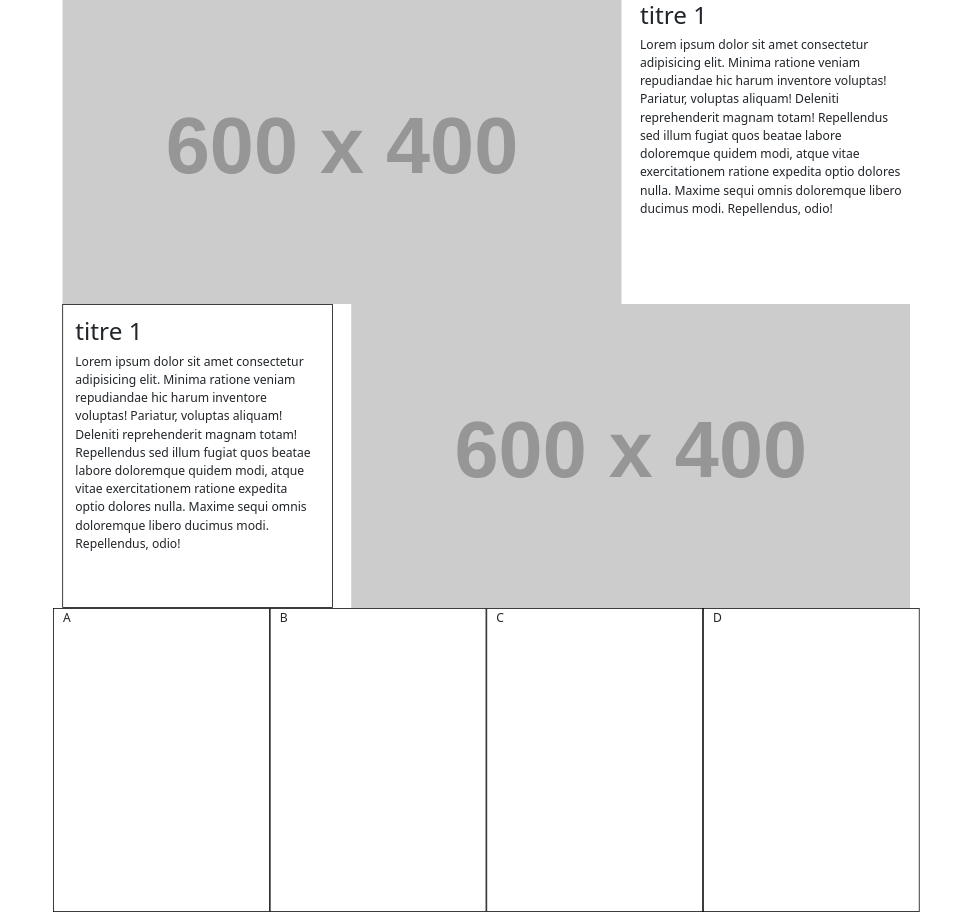
Repository: fbansept/ran3_24_jeu
Page: correction-tp.html
An editor plug-in stored every save of this project. The page is shown before and after a run of saves, followed by the edit.
The browser window is 1280 px wide. The pictures show the whole page, at 76% of full size.

Above is the page before, as saved 2024-10-22 14:45:58.

After the next 2 saves:
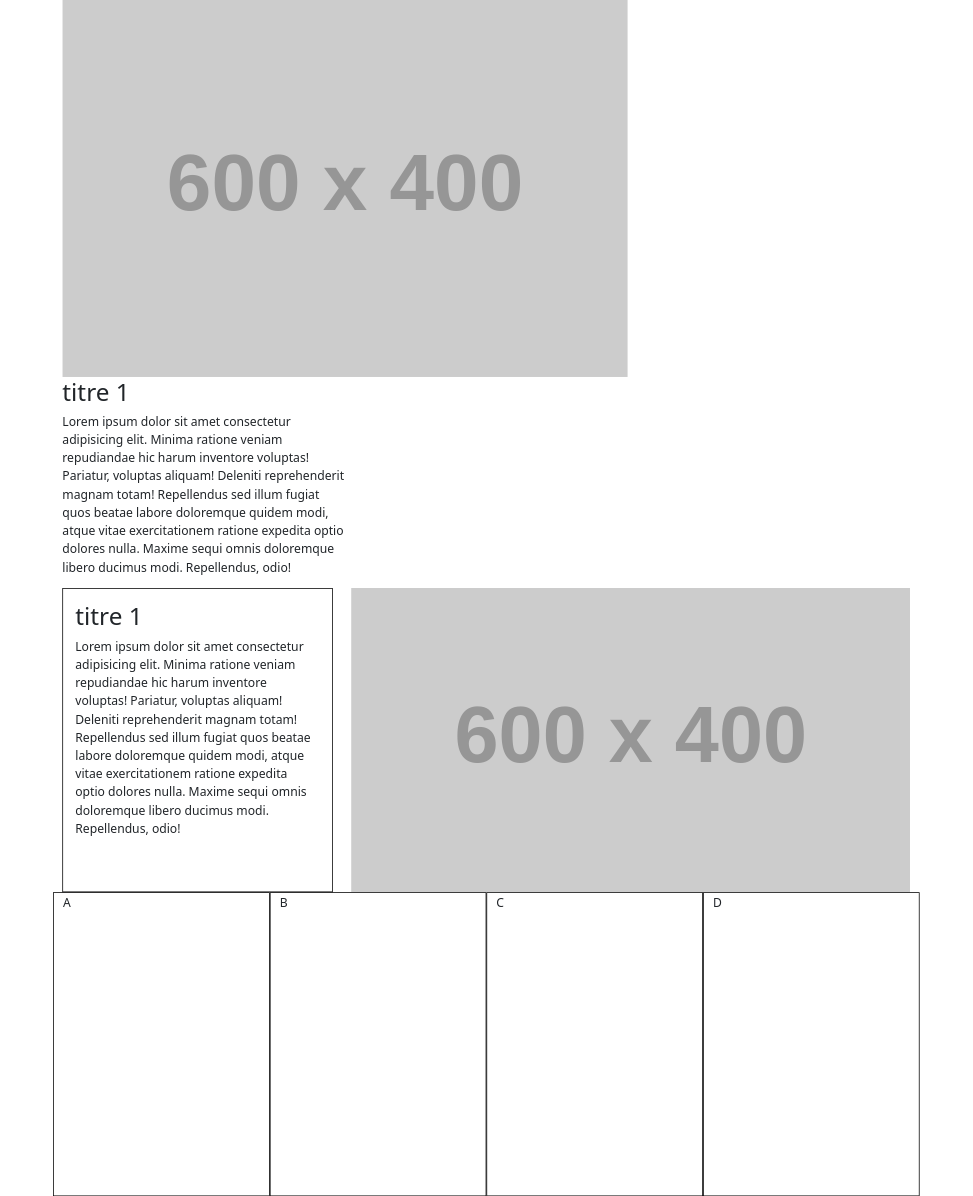
The 2 saves are shown as one change because they came seconds apart.
The last was saved 5 s later.
--- a/correction-tp.html
+++ b/correction-tp.html
@@ -24,24 +24,24 @@
   <body class="container">
     <section>
       <div class="row">
-
-        <img
-          class="col-md-6 col-lg-8"
-          src="https://placehold.co/600x400"
-          alt=""
-        />
-        <article class="col-md-6 col-lg-4">
-          <h2>titre 1</h2>
-          <p>
-            Lorem ipsum dolor sit amet consectetur adipisicing elit. Minima
-            ratione veniam repudiandae hic harum inventore voluptas! Pariatur,
-            voluptas aliquam! Deleniti reprehenderit magnam totam! Repellendus
-            sed illum fugiat quos beatae labore doloremque quidem modi, atque
-            vitae exercitationem ratione expedita optio dolores nulla. Maxime
-            sequi omnis doloremque libero ducimus modi. Repellendus, odio!
-          </p>
-        </article>
-          </div>
+        <div>
+          <img
+            class="col-md-6 col-lg-8"
+            src="https://placehold.co/600x400"
+            alt=""
+          />
+          <article class="col-md-6 col-lg-4">
+            <h2>titre 1</h2>
+            <p>
+              Lorem ipsum dolor sit amet consectetur adipisicing elit. Minima
+              ratione veniam repudiandae hic harum inventore voluptas! Pariatur,
+              voluptas aliquam! Deleniti reprehenderit magnam totam! Repellendus
+              sed illum fugiat quos beatae labore doloremque quidem modi, atque
+              vitae exercitationem ratione expedita optio dolores nulla. Maxime
+              sequi omnis doloremque libero ducimus modi. Repellendus, odio!
+            </p>
+          </article>
+        </div>
       </div>
       <div class="row flex-md-row-reverse">
         <img
@@ -63,8 +63,6 @@
           </div>
         </article>
       </div>
-
-
     </section>
     <section class="row row-cols-1 row-cols-md-2 row-cols-lg-4">
       <article class="col"><span>A</span></article>

After the 4 saves that followed:
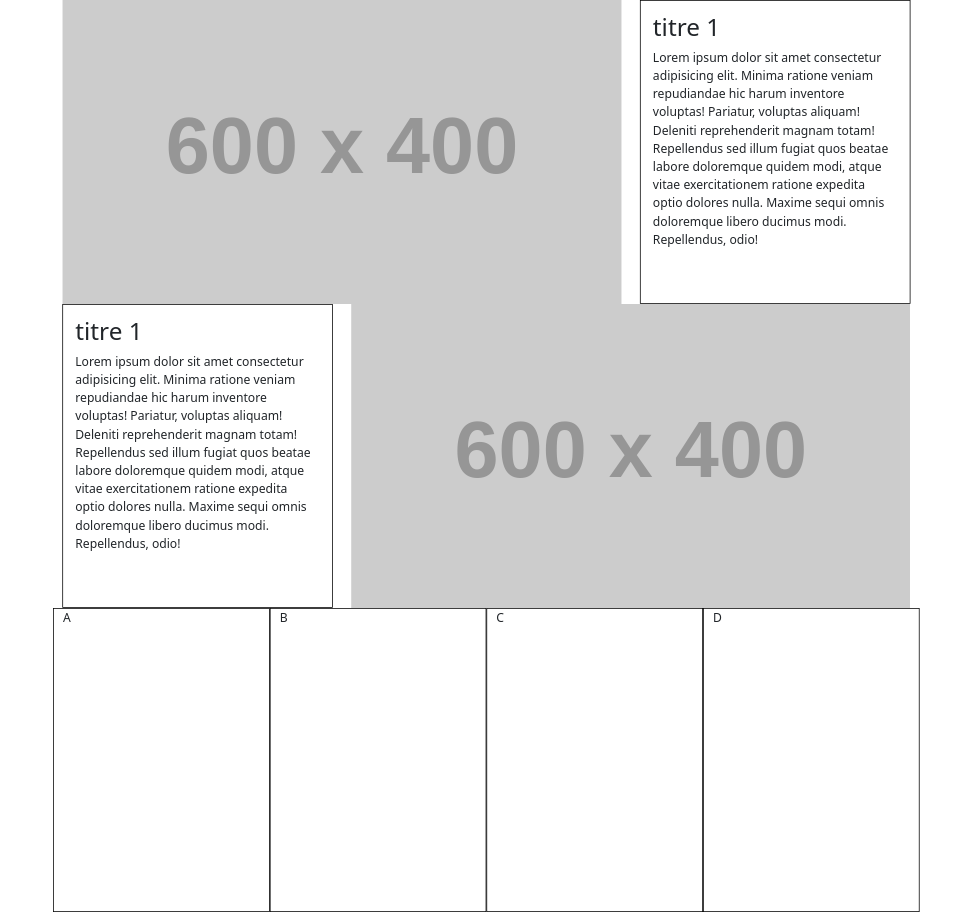
The 4 saves are shown as one change because they came seconds apart.
The last was saved 15 s later.
--- a/correction-tp.html
+++ b/correction-tp.html
@@ -24,13 +24,13 @@
   <body class="container">
     <section>
       <div class="row">
-        <div>
-          <img
-            class="col-md-6 col-lg-8"
-            src="https://placehold.co/600x400"
-            alt=""
-          />
-          <article class="col-md-6 col-lg-4">
+        <img
+          class="col-md-6 col-lg-8"
+          src="https://placehold.co/600x400"
+          alt=""
+        />
+        <article class="col-md-6 col-lg-4">
+          <div>
             <h2>titre 1</h2>
             <p>
               Lorem ipsum dolor sit amet consectetur adipisicing elit. Minima
@@ -40,8 +40,8 @@
               vitae exercitationem ratione expedita optio dolores nulla. Maxime
               sequi omnis doloremque libero ducimus modi. Repellendus, odio!
             </p>
-          </article>
-        </div>
+          </div>
+        </article>
       </div>
       <div class="row flex-md-row-reverse">
         <img
